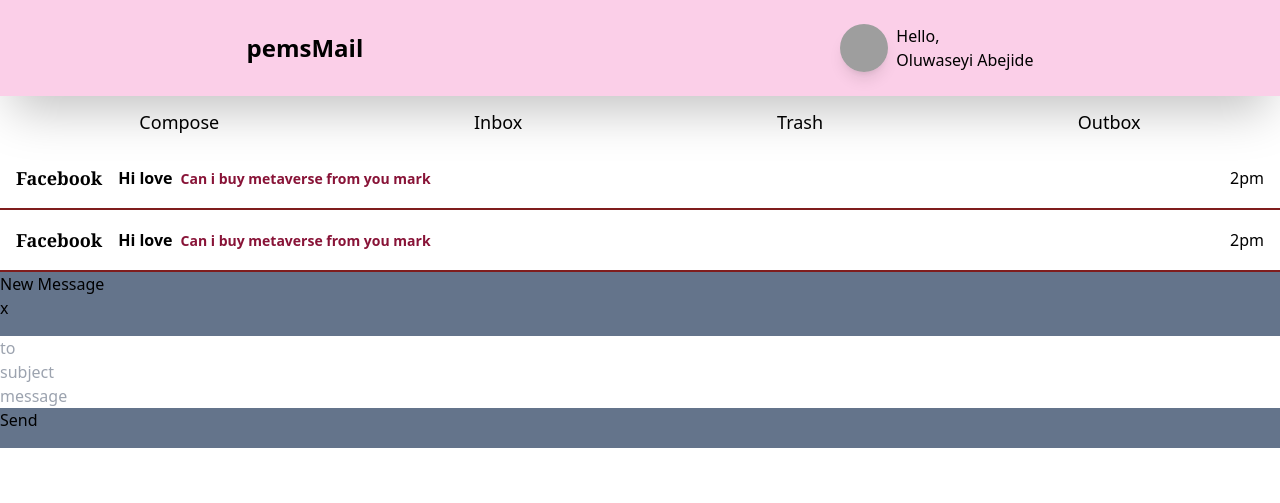
Repository: Semanmernstack/mailclone
Page: /
These files come from the project's save history. The page is drawn as it stood at one moment and after the next save; the edit follows.
The browser window is 1280 px wide. The pictures show the whole page.
Pictures or frames that could not be fetched are drawn as grey boxes. The project was rebuilt for these pictures with package versions that can differ from the ones it lists, and the page was loaded fresh each time. Also part of the build but not shown: src/features/counter/Counter.module.css, src/features/counter/Counter.js, src/Mail.js.

Above is the page before, as saved 2023-01-16 03:47:41.

### src/App.js
import React from 'react';

import { Counter } from './features/counter/Counter';
import Header from './Header';
import {
  BrowserRouter,
  Routes,
  Route,
} from "react-router-dom";
import Open from './Open';
import Topbar from './Topbar';
import Mail from './Mail';
import SendMail from './SendMail';


function App() {
  return (
    <div className="App">

      <BrowserRouter>

        <Header/>
        <Topbar/>
        <Routes>
        <Route exact path="mail" element={<Mail/>} />
          <Route exact path="/" element={<Open/>} />
        </Routes>
        <SendMail/>
      </BrowserRouter>

    </div>
  );
}

export default App;

### src/features/counter/counterSlice.js
import { createAsyncThunk, createSlice } from '@reduxjs/toolkit';
import { fetchCount } from './counterAPI';

const initialState = {
  value: 0,
  status: 'idle',
};

// The function below is called a thunk and allows us to perform async logic. It
// can be dispatched like a regular action: `dispatch(incrementAsync(10))`. This
// will call the thunk with the `dispatch` function as the first argument. Async
// code can then be executed and other actions can be dispatched. Thunks are
// typically used to make async requests.
export const incrementAsync = createAsyncThunk(
  'counter/fetchCount',
  async (amount) => {
    const response = await fetchCount(amount);
    // The value we return becomes the `fulfilled` action payload
    return response.data;
  }
);

export const counterSlice = createSlice({
  name: 'counter',
  initialState,
  // The `reducers` field lets us define reducers and generate associated actions
  reducers: {
    increment: (state) => {
      // Redux Toolkit allows us to write "mutating" logic in reducers. It
      // doesn't actually mutate the state because it uses the Immer library,
      // which detects changes to a "draft state" and produces a brand new
      // immutable state based off those changes
      state.value += 1;
    },
    decrement: (state) => {
      state.value -= 1;
    },
    // Use the PayloadAction type to declare the contents of `action.payload`
    incrementByAmount: (state, action) => {
      state.value += action.payload;
    },
  },
  // The `extraReducers` field lets the slice handle actions defined elsewhere,
  // including actions generated by createAsyncThunk or in other slices.
  extraReducers: (builder) => {
    builder
      .addCase(incrementAsync.pending, (state) => {
        state.status = 'loading';
      })
      .addCase(incrementAsync.fulfilled, (state, action) => {
        state.status = 'idle';
        state.value += action.payload;
      });
  },
});

export const { increment, decrement, incrementByAmount } = counterSlice.actions;

// The function below is called a selector and allows us to select a value from
// the state. Selectors can also be defined inline where they're used instead of
// in the slice file. For example: `useSelector((state: RootState) => state.counter.value)`
export const selectCount = (state) => state.counter.value;

// We can also write thunks by hand, which may contain both sync and async logic.
// Here's an example of conditionally dispatching actions based on current state.
export const incrementIfOdd = (amount) => (dispatch, getState) => {
  const currentValue = selectCount(getState());
  if (currentValue % 2 === 1) {
    dispatch(incrementByAmount(amount));
  }
};

export default counterSlice.reducer;

### src/Header.js
import React from 'react'

function Header() {
  return (
    <div className="flex items-center justify-around p-2     h-24 bg-pink-200 border-b-pink-800 shadow-2xl">
        <div>
            <h1 className="text-lg md:text-2xl font-semibold">pemsMail</h1>

        </div>
        <div className="flex items-center justify-evenly">

            <img className="h-12 w-12 rounded-full shadow-lg" src="https://cdn.pixabay.com/photo/2022/12/01/12/26/countryside-7629017__340.jpg" alt="pic" />
            <div className="ml-2">
                <p>Hello,</p>
                <p>Oluwaseyi Abejide</p>
            </div>
        </div>
    </div>
  )
}

export default Header

### src/Open.js
import React from 'react'
import OpenRow from './OpenRow'

function Open() {
  return (
    <div>
         <OpenRow
                    title="Facebook"
                    subject="Hi love"
                    description="Can i buy metaverse from you mark"
                    time="2pm"
                />
                <OpenRow
                    title="Facebook"
                    subject="Hi love"
                    description="Can i buy metaverse from you mark"
                    time="2pm"
                />
    </div>
  )
}

export default Open

### src/Topbar.js
import React from 'react'

function Topbar() {
  return (
    <div className="flex items-center justify-around text-lg p-3">
        <div className='hover:underline hover:text-red-900 hover:text-2xl'>
            <p>Compose</p>
        </div>
        <div className='hover:underline hover:text-red-900 hover:text-2xl'>
            <p>Inbox</p>
        </div>
        <div className='hover:underline hover:text-red-900 hover:text-2xl'>
            <p>Trash</p>
        </div>
        <div className='hover:underline hover:text-red-900 hover:text-2xl'>
            <p>Outbox</p>
        </div>
    </div>
  )
}

export default Topbar

### src/SendMail.js
import React from 'react'
import { useForm } from "react-hook-form";

function SendMail() {
    const { register, handleSubmit, formState: { errors } } = useForm();
    const onSubmit = (formData) => {}
  return (
    <div className=" flex flex-col width-[360px] bg-slate-500">
            <div className=" ">
                <h3>New Message</h3>
                <button   >x</button>
            </div>
            <form onSubmit={handleSubmit(onSubmit)} className="flex flex-col my-4" >
                <input type="emails"
                    placeholder='to'
                    {...register("to", { required: true })}

                />
                {errors.to && <p className=''>To is Requred</p>}

                <input type="text"
                    placeholder='subject'
                    {...register("subject", { required: true })}

                />
                {errors.subject && <p className=''>Subject is Requred</p>}


                <input type="text"
                    placeholder='message'
                    className=''
                    {...register("message", { required: true })}
                />
                {errors.message && <p className=''>message is Requred</p>}


                <div className="">
                    <button>Send</button>
                </div>
            </form>

        </div>
  )
}

export default SendMail

### src/OpenRow.js
import React from 'react'

function OpenRow({ title, subject, description, time }) {
  return (
    <div className="flex  items-center gap-4 border-b-2 border-b-red-900 p-4">
      <div className="font-bold font-serif text-lg">
            <h3>{title}</h3>
        </div>
        <div className="flex-1">
            <h4 className="font-bold">{subject}
                <span className="ml-2 text-sm truncate text-rose-900"  >{description}</span>
            </h4>
        </div>
        <div className="">
            <h4>{time}</h4>
        </div>
    </div>
  )
}

export default OpenRow

Loaded but not shown: public/index.html (common file); src/index.js (common file); src/app/store.js (common file); src/reportWebVitals.js (common file); src/index.css (common file); src/features/counter/counterAPI.js (common file); tailwind.config.js (common file)

After the next save:
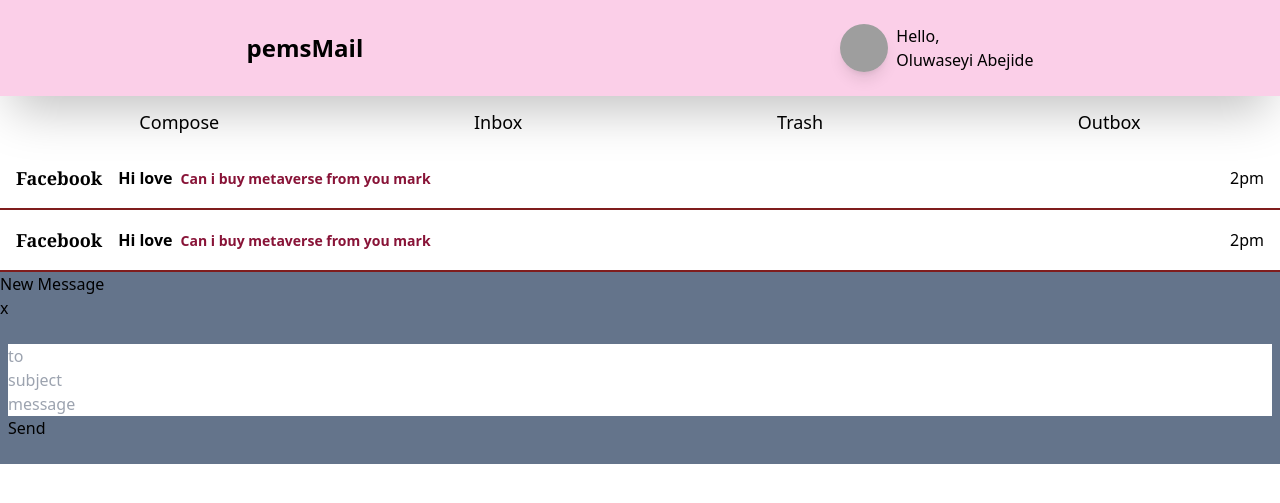
Saved 40 s later.
--- a/src/SendMail.js
+++ b/src/SendMail.js
@@ -10,7 +10,7 @@ function SendMail() {
                 <h3>New Message</h3>
                 <button   >x</button>
             </div>
-            <form onSubmit={handleSubmit(onSubmit)} className="flex flex-col my-4" >
+            <form onSubmit={handleSubmit(onSubmit)} className="flex flex-col p-2 my-4" >
                 <input type="emails"
                     placeholder='to'
                     {...register("to", { required: true })}
